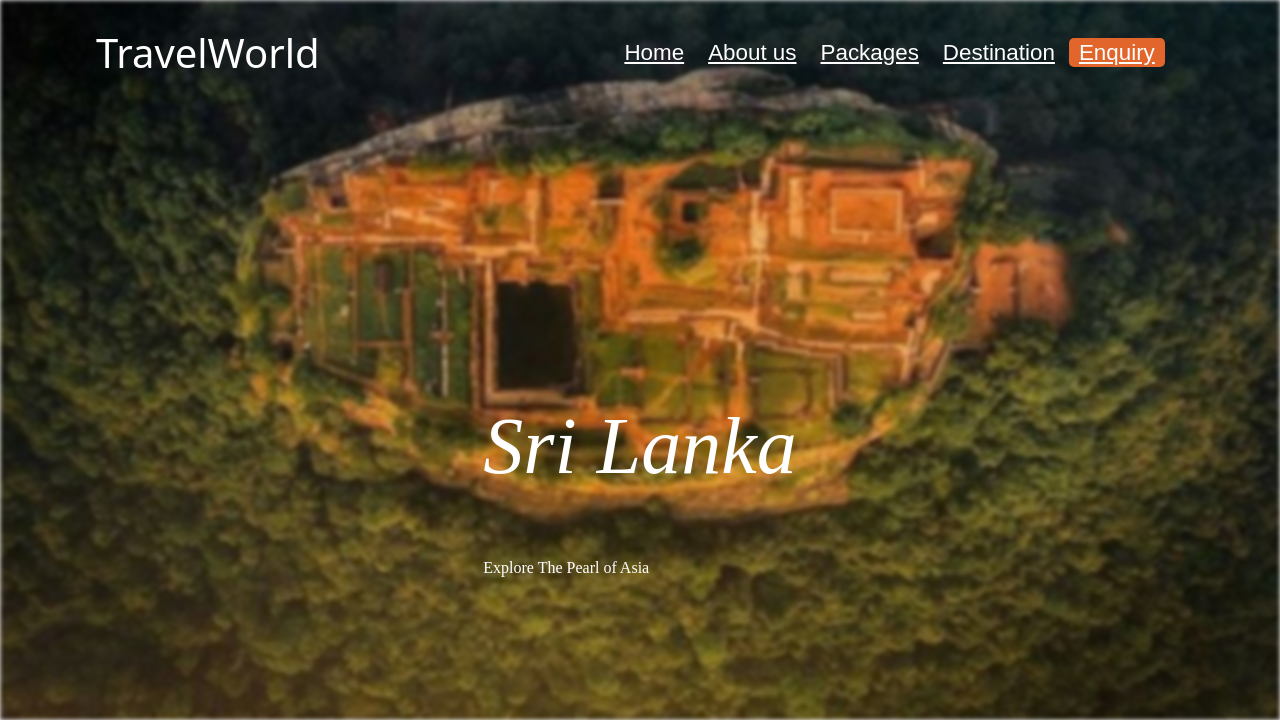
Repository: Haakim19/TavelWorld
Page: HTML/Home.html
The author's editor kept a copy of each file at every save. The page is drawn from the files as they stood at one save, then again after the next save.
The browser window is 1280 px wide. The pictures show the whole page.
Some web fonts or font styles are not loaded; a fallback is used.

Above is the page before, as saved 2024-11-02 10:50:11.

After the next save:
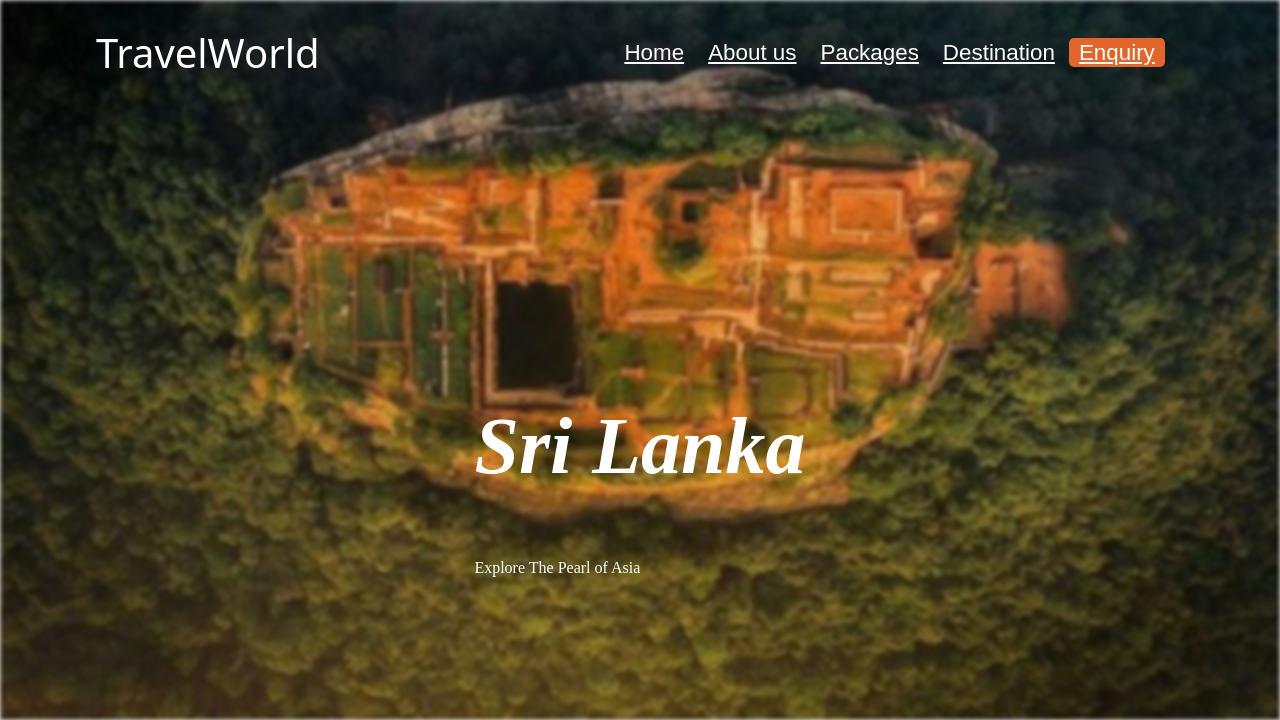
Saved 13 s later.
--- a/CSS/Navbar.css
+++ b/CSS/Navbar.css
@@ -76,7 +76,7 @@ section {
 
 .hero .hero-overlay h1 {
     font-family: "Just Another Hand", cursive;
-    font-weight: 400;
+    font-weight: 700;
     font-style:italic;
     font-size: 5rem;
 }
